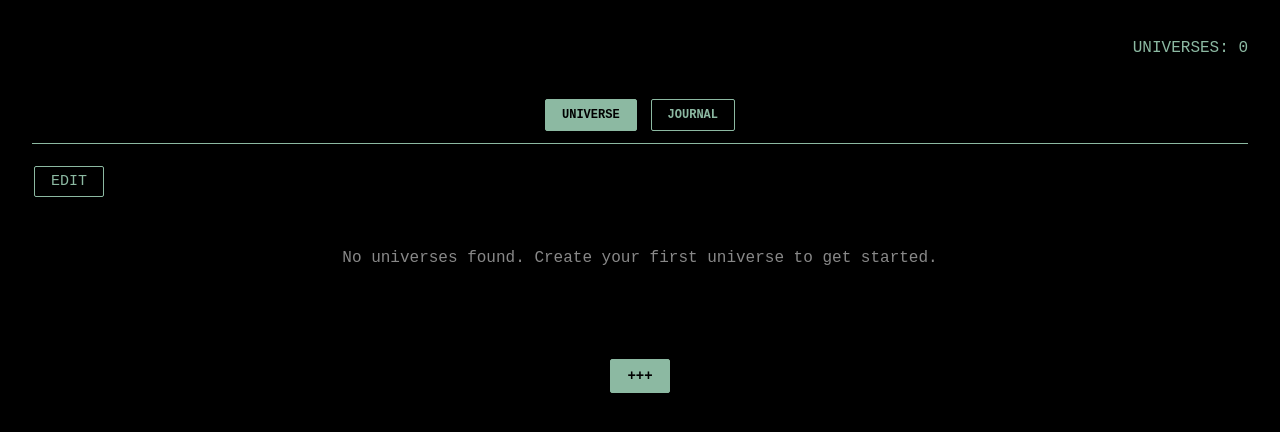
Repository: 11612x/burnlistv1.1
Page: /universes
These files come from the project's save history. The page is drawn as it stood at one moment and after the next save; the edit follows.
The browser window is 1280 px wide. The pictures show the whole page.
The project was rebuilt for these pictures with package versions that can differ from the ones it lists, and the page was loaded fresh each time. Also part of the build but not shown: vite.config.js, src/components/CustomTooltip.jsx, src/logic/portfolioUtils.js, src/components/WatchlistChart.jsx, src/data/randomNames.js, src/data/mockTickerGenerator.js, src/components/NotificationBanner.jsx, src/pages/HomePage.jsx and 21 more.

Above is the page before, as saved 2025-07-25 16:29:21.

After the next save:
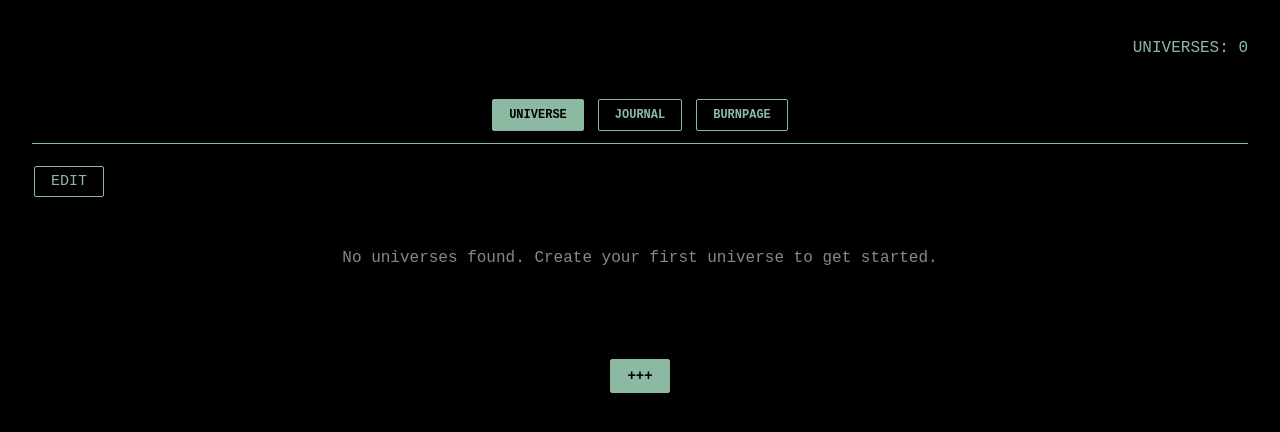
Saved 108 s later.
--- a/src/pages/UniverseHomePage.jsx
+++ b/src/pages/UniverseHomePage.jsx
@@ -231,6 +231,25 @@ const UniverseHomePage = () => {
             }}
           >
             JOURNAL
+          </CustomButton>
+
+          <CustomButton
+            onClick={() => navigate('/')}
+            style={{
+              background: location.pathname === '/' || location.pathname.startsWith('/burn/') ? CRT_GREEN : 'transparent',
+              color: location.pathname === '/' || location.pathname.startsWith('/burn/') ? '#000000' : CRT_GREEN,
+              border: `1px solid ${CRT_GREEN}`,
+              padding: '8px 16px',
+              fontFamily: "'Courier New', monospace",
+              fontSize: '12px',
+              fontWeight: 'bold',
+              cursor: 'pointer',
+              transition: 'all 0.2s ease',
+              minWidth: '80px',
+              textAlign: 'center'
+            }}
+          >
+            BURNPAGE
           </CustomButton>
         </div>
 
